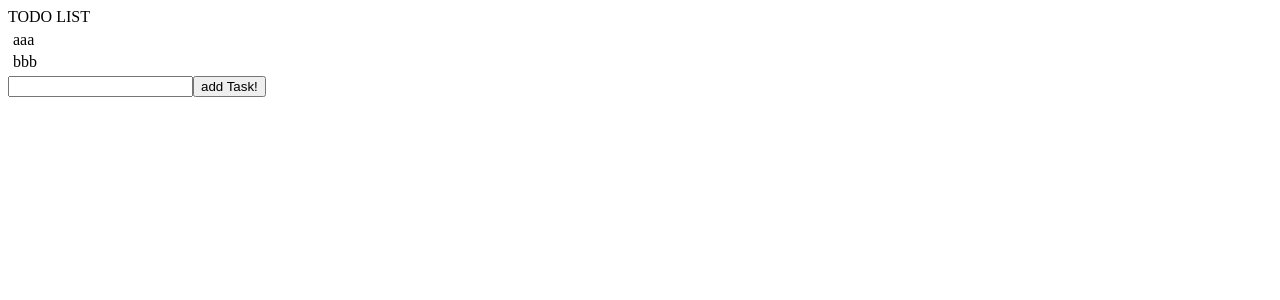
Repository: WistreHosshii/hacathon_todolList
Page: /
An editor plug-in stored every save of this project. The page is shown before and after the next save, followed by the edit.
The browser window is 1280 px wide. The pictures show the whole page.
The project was rebuilt for these pictures with package versions that can differ from the ones it lists, and the page was loaded fresh each time.

Above is the page before, as saved 2019-06-09 15:27:55.

After the next save:
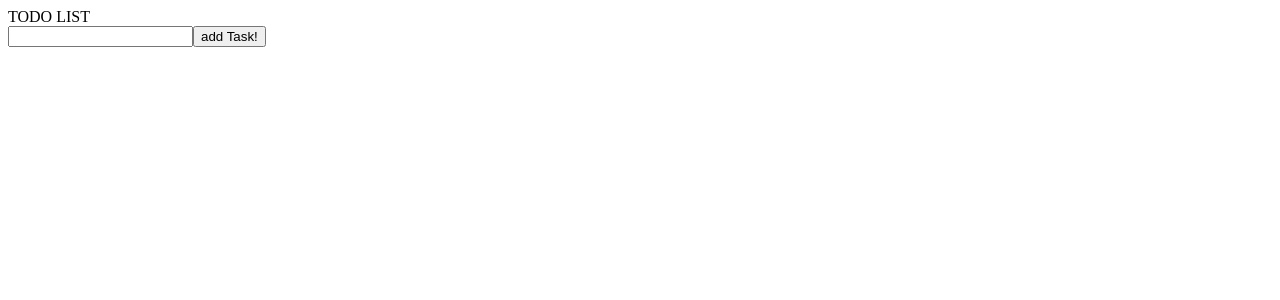
Saved 16 s later.
--- a/App.tsx
+++ b/App.tsx
@@ -10,7 +10,7 @@ export default class App extends Component<Props, State> {
   constructor(props: any) {
     super(props);
     this.state = {
-      todos: [{ id: '', content: 'aaa', createdAt: '' }, { id: '', content: 'bbb', createdAt: '' }],
+      todos: [],
       value: '',
     };
     this.handleChange = this.handleChange.bind(this);
